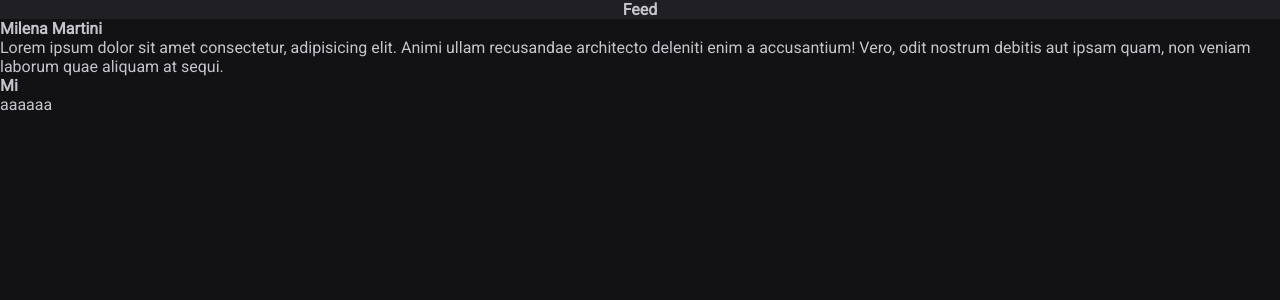
Repository: MilenaMartini/IgniteRckReactJs
Page: /
The author's editor kept a copy of each file at every save. The page is drawn from the files as they stood at one save, then again after a run of saves.
The browser window is 1280 px wide. The pictures show the whole page.
The project was rebuilt for these pictures with package versions that can differ from the ones it lists, and the page was loaded fresh each time. Also part of the build but not shown: vite.config.js.

Above is the page before, as saved 2023-04-14 16:05:09.

### index.html
<!DOCTYPE html>
<html lang="en">
  <head>
    <meta charset="UTF-8" />
    <link rel="icon" type="image/svg+xml" href="/vite.svg" />
    <meta name="viewport" content="width=device-width, initial-scale=1.0" />
    <link rel="preconnect" href="https://fonts.googleapis.com">
<link rel="preconnect" href="https://fonts.gstatic.com" crossorigin>
<link href="https://fonts.googleapis.com/css2?family=Roboto:ital,wght@0,400;1,700&display=swap" rel="stylesheet">
    <title>Vite + React</title>
  </head>
  <body>
    <div id="root"></div>
    <script type="module" src="/src/main.jsx"></script>
  </body>
</html>

### src/App.jsx
import { Post } from "./Post"
import {Header} from "./components/Header"
import "./Global.css"

function App() {

  return (
    <div>
    <Header  />

   <Post
   author="Milena Martini"
   content="Lorem ipsum dolor sit amet consectetur, adipisicing elit. Animi ullam recusandae architecto deleniti enim a accusantium! Vero, odit nostrum debitis aut ipsam quam, non veniam laborum quae aliquam at sequi."
   />

   <Post
      author="Mi"
      content="aaaaaa"
    />
   </div>
  )
}
export default App

### src/Post.jsx
export function Post(props) {
  return (
  <div>
    <strong>{props.author}</strong>
    <p>{props.content}</p>
  </div>
    )
}

### src/components/Header.jsx
import React from "react";
import Style from './Header.module.css';

export function Header() {
  return(
  <header className={Style.header}>
    <strong >Feed</strong>
  </header>

  );
}

### src/Global.css
:root {
  --white: #ffffff;
  --gray-100: #e1e1e6;
  --gray-300: #c4c4cc;
  --gray-400: #8d8d99;
  --gray-600: #323238;
  --gray-700: #29292e;
  --gray-800: #202024;
  --gray-900: #121214;

  --green-500: #00875f;

}

*{
  margin: 0;
  padding: 0;
  box-sizing: border-box;
}

body{
  background: var(--gray-900);
  color: var(--gray-300);
  -webkit-font-smoothing: antialised;
}

body, input, textarea, button {
  font-family: 'Roboto', sans-serif;
  font-weight: 400;
  font-size: 1rem;
}

### src/components/Header.module.css
.header{
    background: var(--gray-800);
    display: flex;
    justify-content: center;
    padding: ;
}

Loaded but not shown: src/main.jsx (common file)

After the next 4 saves:
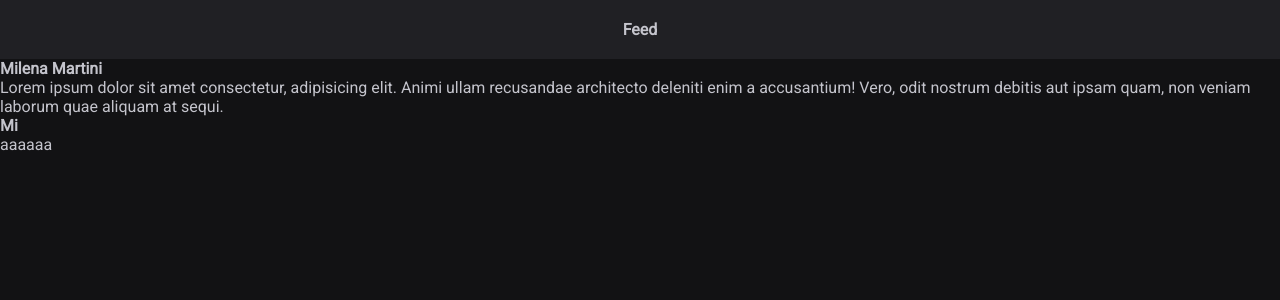
The 4 saves are shown as one change because they came seconds apart.
The last was saved 11 s later.
--- a/src/components/Header.module.css
+++ b/src/components/Header.module.css
@@ -2,5 +2,5 @@
     background: var(--gray-800);
     display: flex;
     justify-content: center;
-    padding: ;
+    padding: 1.25rem 0;
 }
